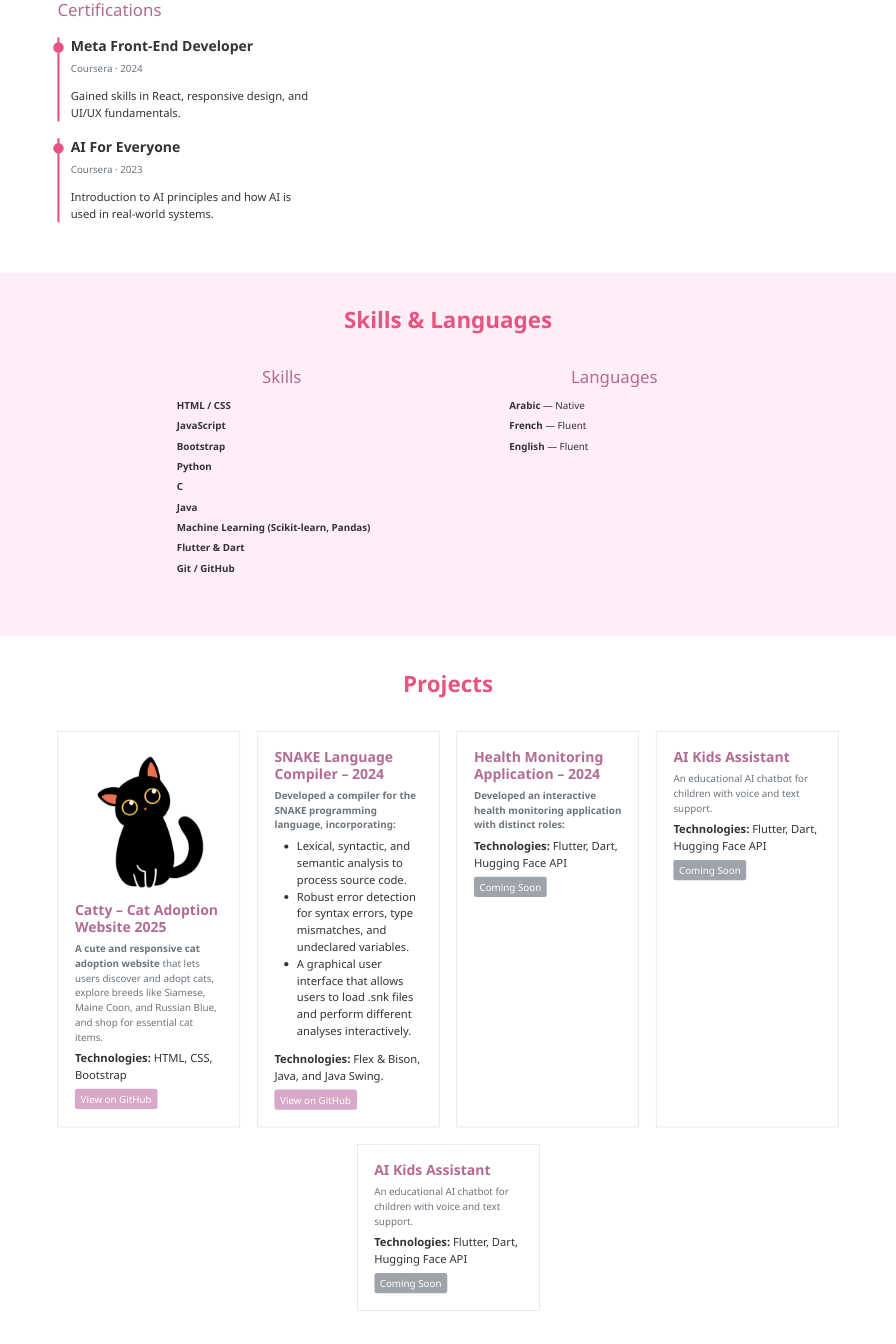
Repository: rihebtlh/portfolio
Page: new.html
An editor plug-in stored every save of this project. The page is shown before and after a run of saves, followed by the edit.
The browser window is 1280 px wide. The pictures show the part of the page from y = 1729 to 3649 px (the page is 3649 px tall), at 70% of full size.

Above is the page before, as saved 2025-07-02 16:18:52.

After the next 4 saves:
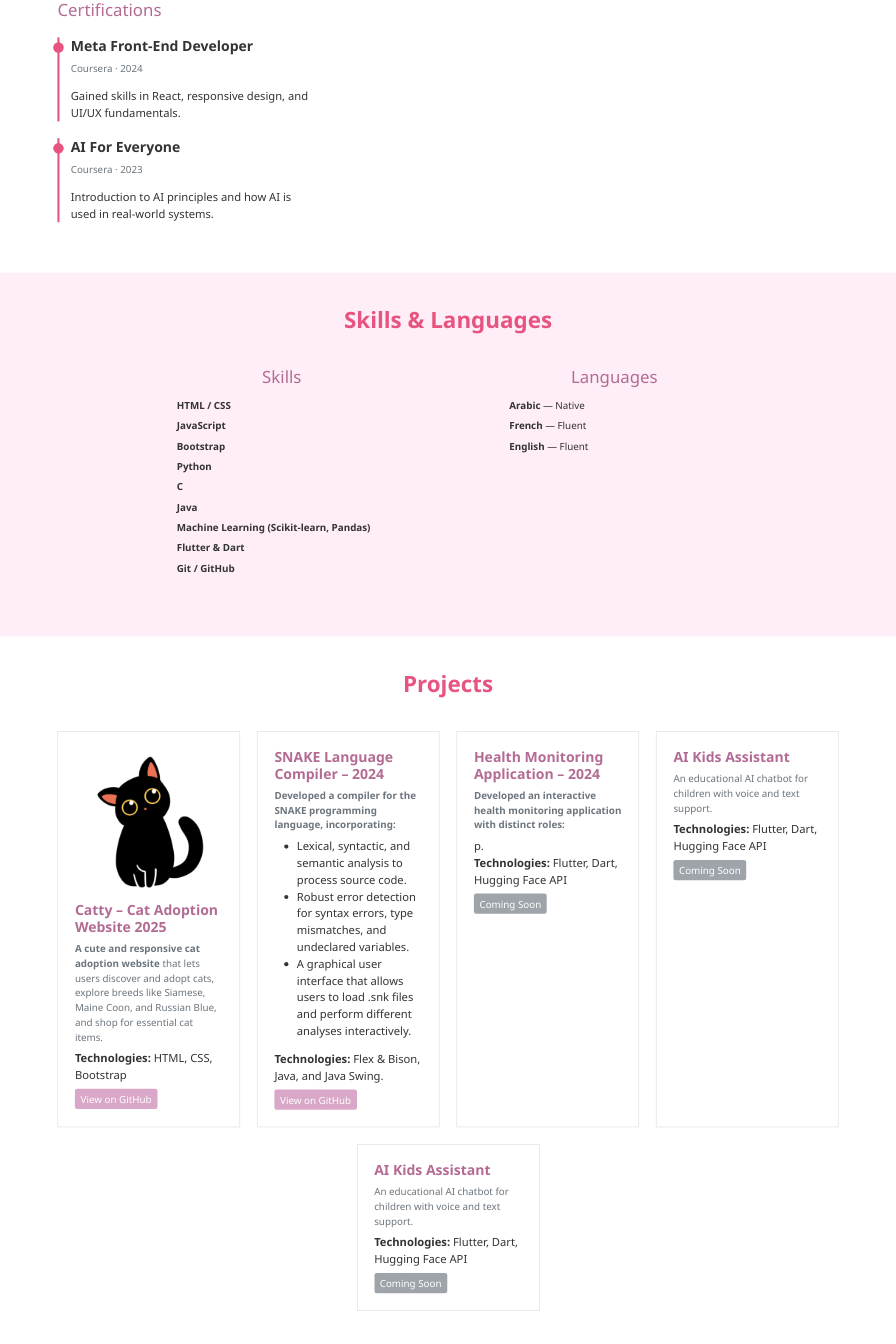
The 4 saves are shown as one change because they came seconds apart.
The last was saved 46 s later.
--- a/new.html
+++ b/new.html
@@ -295,6 +295,7 @@
             <div class="p-4 border rounded-4 h-100" style="border-color: #ffd6e8;">
               <h5 class="fw-bold" style="color: #b36b94;">Health Monitoring Application – 2024</h5>
               <p class="text-muted small mb-2"><strong>Developed an interactive health monitoring application with distinct roles:</strong></p>
+              p.
               <p class="mb-2"><strong>Technologies:</strong> Flutter, Dart, Hugging Face API</p>
               <a href="#" target="_blank" class="btn btn-sm btn-secondary disabled">Coming Soon</a>
             </div>
